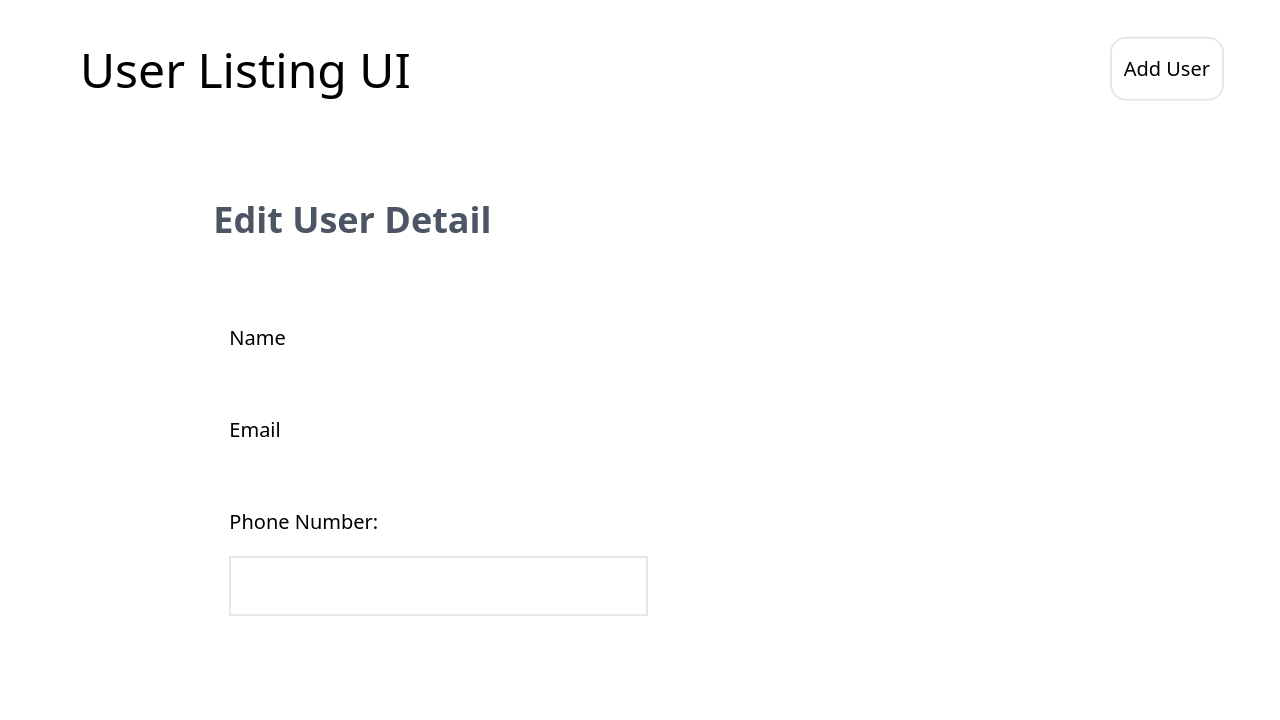
Repository: Marlstergo/listings
Page: /order (app in client/)
These files come from the project's save history. The page is drawn as it stood at one moment and after the next save; the edit follows.
The browser window is 1280 px wide. The pictures show the whole page.
The project was rebuilt for these pictures with package versions that can differ from the ones it lists, and the page was loaded fresh each time. Also part of the build but not shown: client/craco.config.js, client/src/components/Loader.js, client/src/components/UserRow.jsx, client/src/components/Home.js, client/src/components/Modal.js. Imported but missing from the stored project, and not drawn on this page: client/src/components/Base, client/src/components/Toppings.

Above is the page before, as saved 2021-07-21 15:19:45.

After the next save:
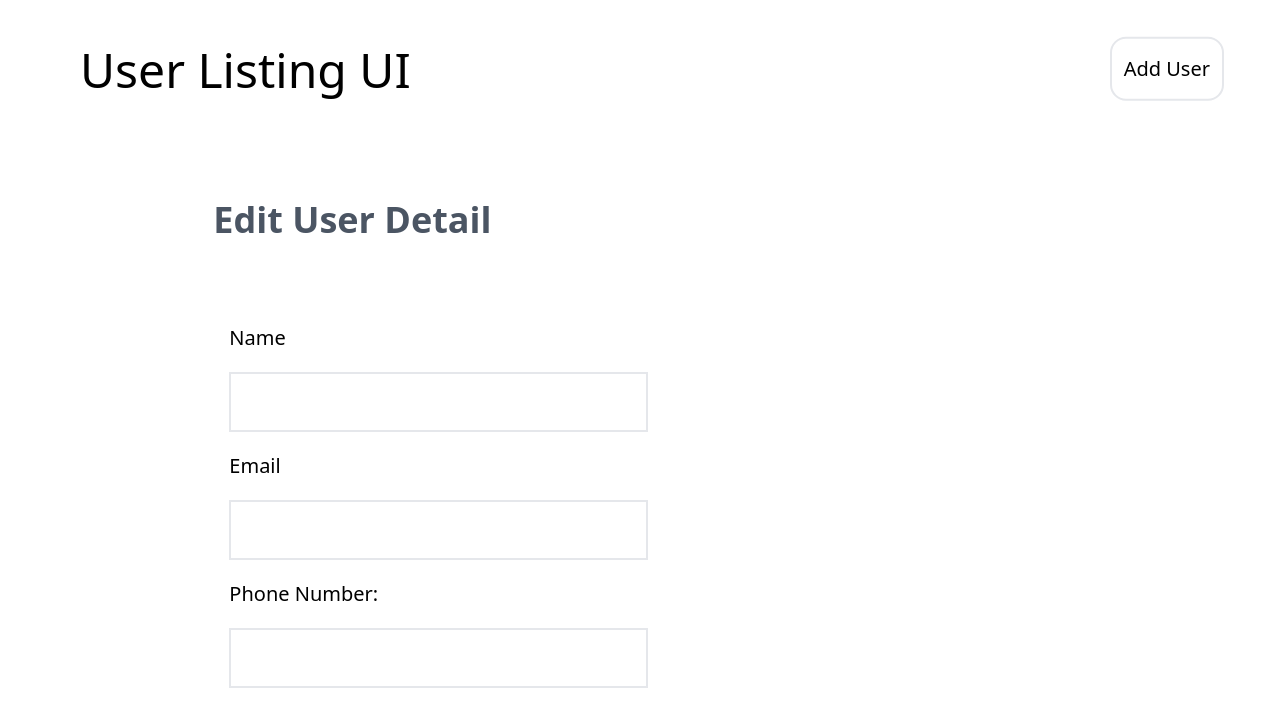
Saved 47 s later.
--- a/client/src/components/EditUser.js
+++ b/client/src/components/EditUser.js
@@ -47,11 +47,14 @@ const Order = () => {
       <motion.form variants={childVariants} className="pl-4">
         <div className="flex flex-col">
           <label className="text-xl my-5" htmlFor="">Name</label>
-          <input type="text" name="name" id="name" />
+          <input type="text" name="name"
+          className="px-3 py-4 w-1/2 border-2" id="name" />
         </div>
         <div className="flex flex-col">
           <label className="text-xl my-5" htmlFor="">Email</label>
-          <input type="text" name="email" id="email" />
+          <input type="text" name="email"
+          className="px-3 py-4 w-1/2 border-2"
+          id="email" />
         </div>
         <div className="flex flex-col">
           <label htmlFor="phone" className="text-xl my-5" >Phone Number:</label>
